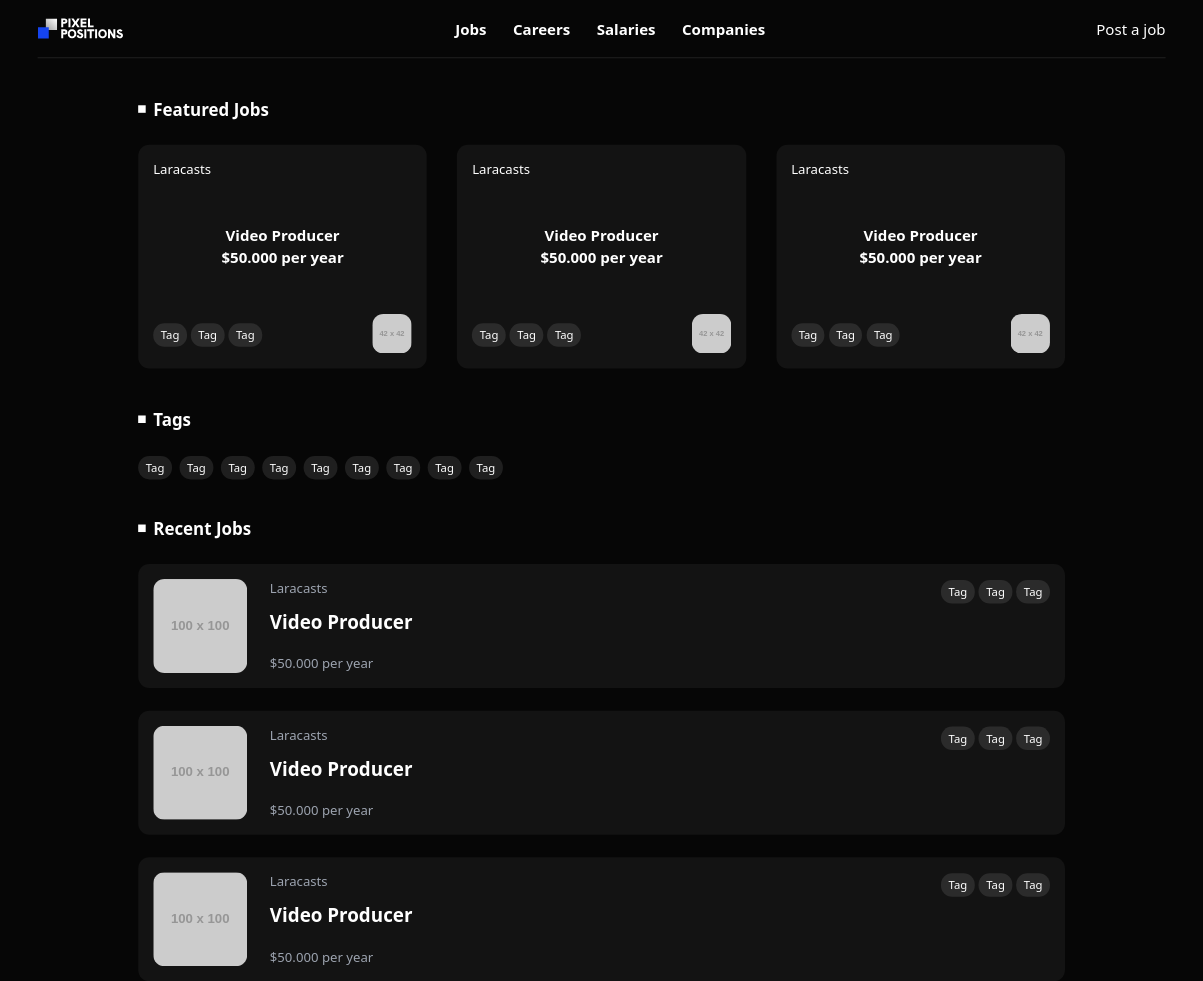
Repository: aggepap/pixel-positions-laravel
Page: http://localhost/
These files come from the project's save history. The page is drawn as it stood at one moment and after the next save; the edit follows.
The browser window is 1280 px wide. The pictures show the whole page, at 94% of full size.
The page is served by the project's Laravel application, run on PHP 8.4 with Laravel 12. Style sheets and scripts are compiled from the project's sources, by tool versions that may differ from the author's.

Above is the page before, as saved 2025-02-21 21:35:38.

After the next save:
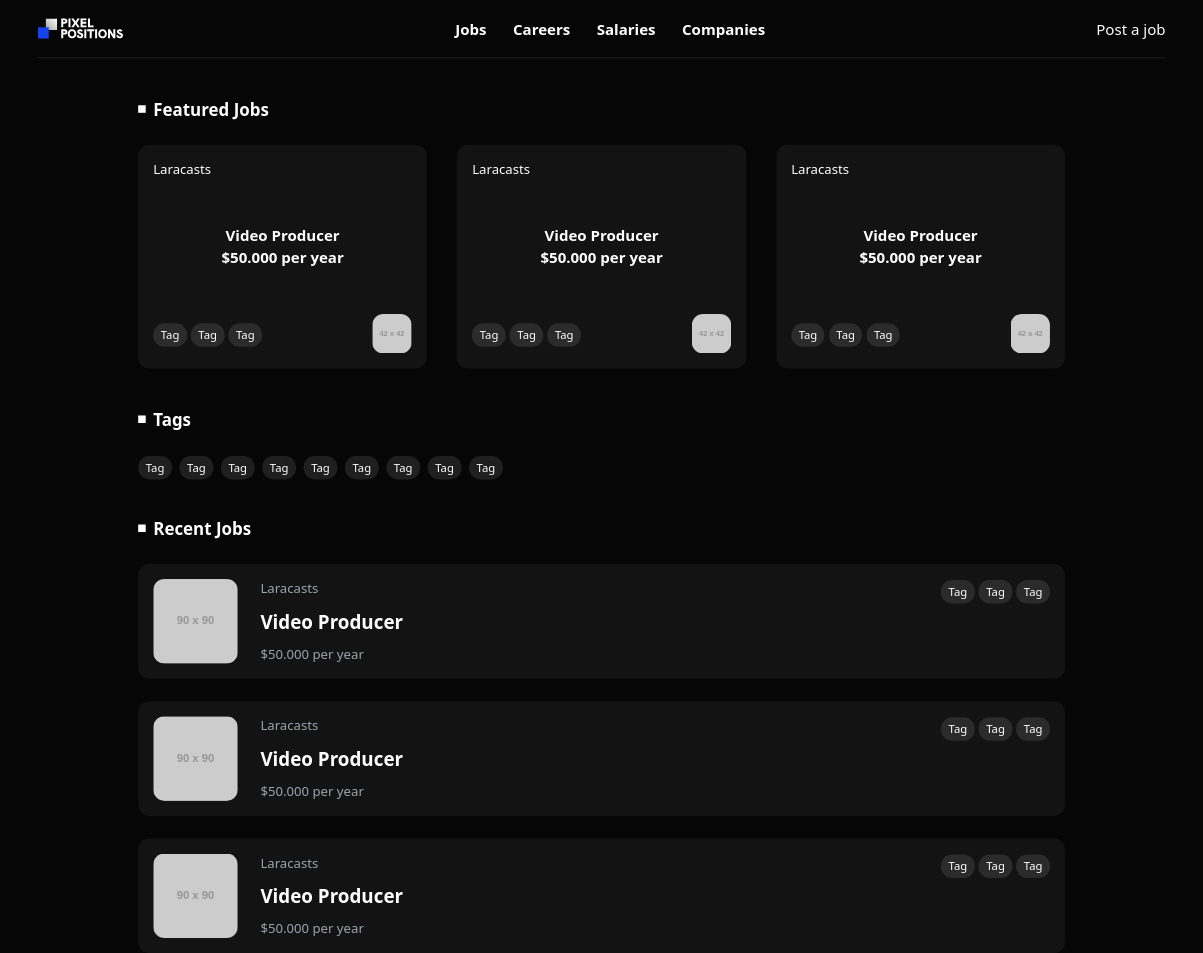
Saved 7 s later.
--- a/resources/views/components/job-card-wide.blade.php
+++ b/resources/views/components/job-card-wide.blade.php
@@ -1,5 +1,5 @@
 <div class=" p-4 bg-white/5 rounded-xl flex gap-x-6">
-  <x-employer-logo :width=100></x-employer-logo>
+  <x-employer-logo :width=90></x-employer-logo>
   <div class="flex-1 flex flex-col justify-between">
 
   <a href="#" class="self-start text-sm text-gray-400">Laracasts</a>
